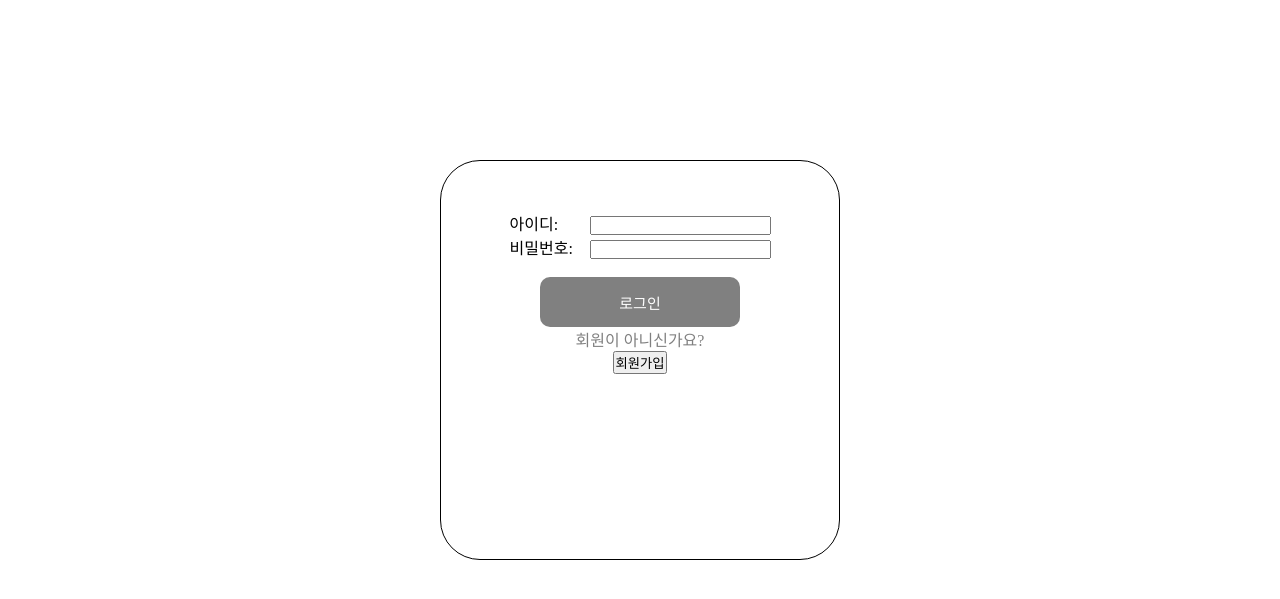
Repository: KGH1125/jsp_project
Page: http://localhost/jsp_project4/
These files come from the project's save history. The page is drawn as it stood at one moment and after the next save; the edit follows.
The browser window is 1280 px wide. The pictures show the whole page.
The page is served by Tomcat 9.

Above is the page before, as saved 2023-05-30 01:46:00.

After the next save:
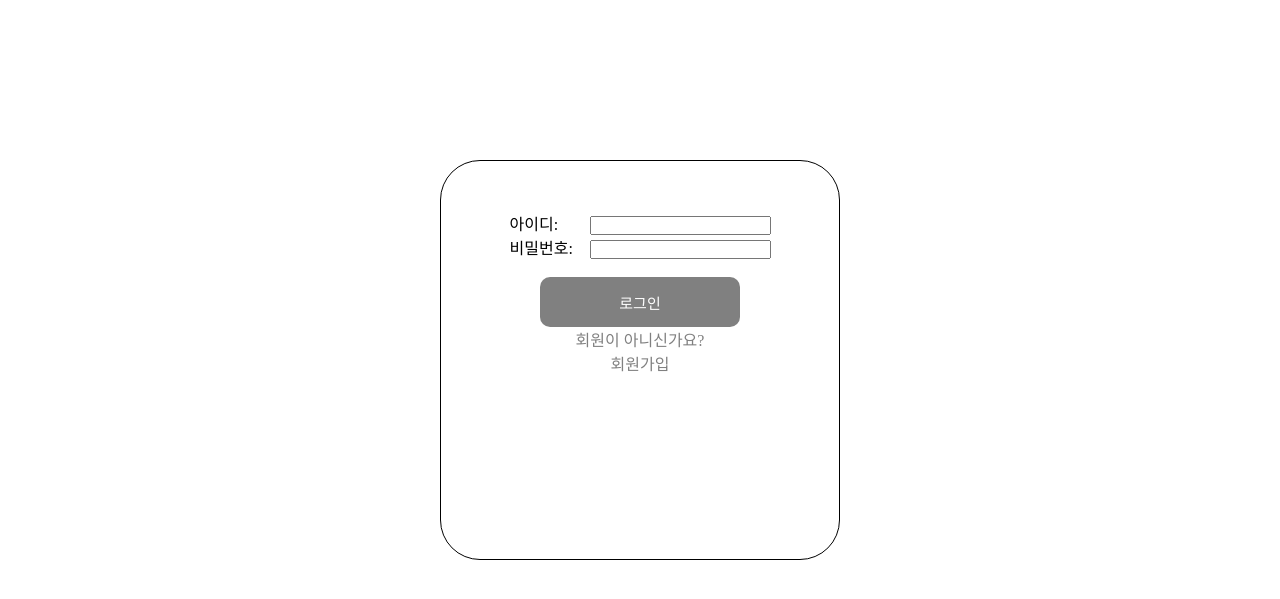
Saved 46 s later.
--- a/jsp_project4/jsp_project4/src/main/webapp/main.jsp
+++ b/jsp_project4/jsp_project4/src/main/webapp/main.jsp
@@ -56,7 +56,8 @@
 				name="password"><br> <br>
 			<button class="loginbtn" type="submit">로그인</button>
 			<div class="subbox">
-				회원이 아니신가요?<br> <a><button>회원가입</button></a>
+				회원이 아니신가요?<br>
+				<a>회원가입</a>
 			</div>
 		</form>
 

After the 2 saves that followed:
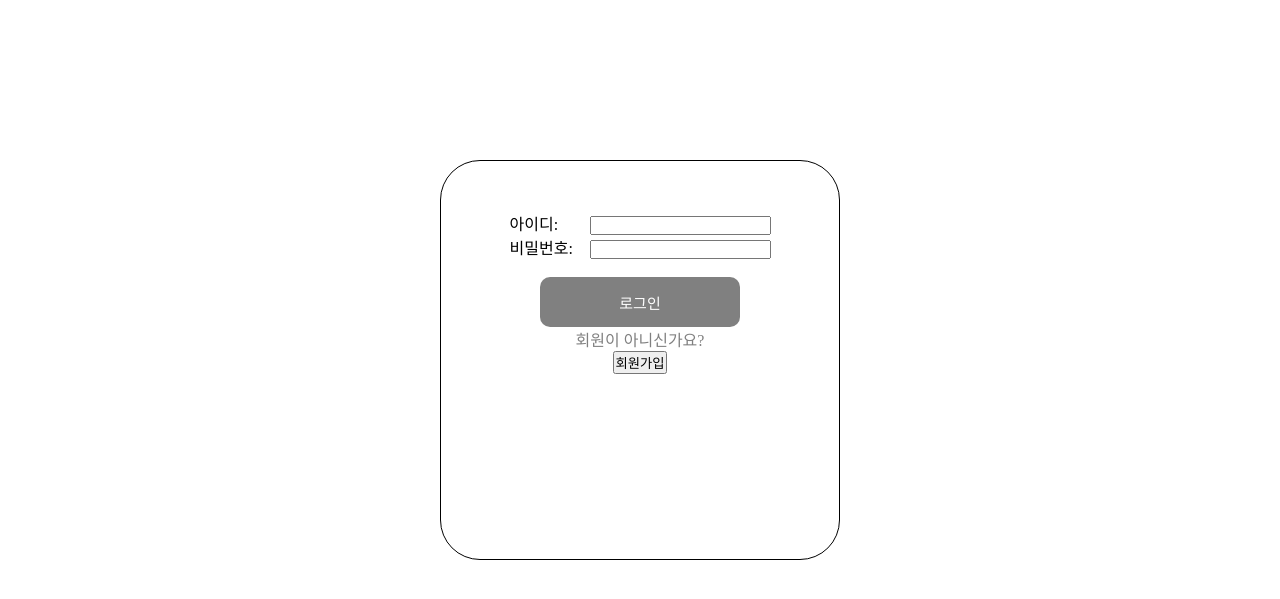
The 2 saves are shown as one change because 1 left the picture as it was.
The last was saved 2 min 53 s later.
--- a/jsp_project4/jsp_project4/src/main/webapp/main.jsp
+++ b/jsp_project4/jsp_project4/src/main/webapp/main.jsp
@@ -45,6 +45,7 @@
 color: gray;
 border: none;
 }
+
 </style>
 
 </head>
@@ -57,7 +58,7 @@
 			<button class="loginbtn" type="submit">로그인</button>
 			<div class="subbox">
 				회원이 아니신가요?<br>
-				<a>회원가입</a>
+				<a><button>회원가입</button></a>
 			</div>
 		</form>
 
